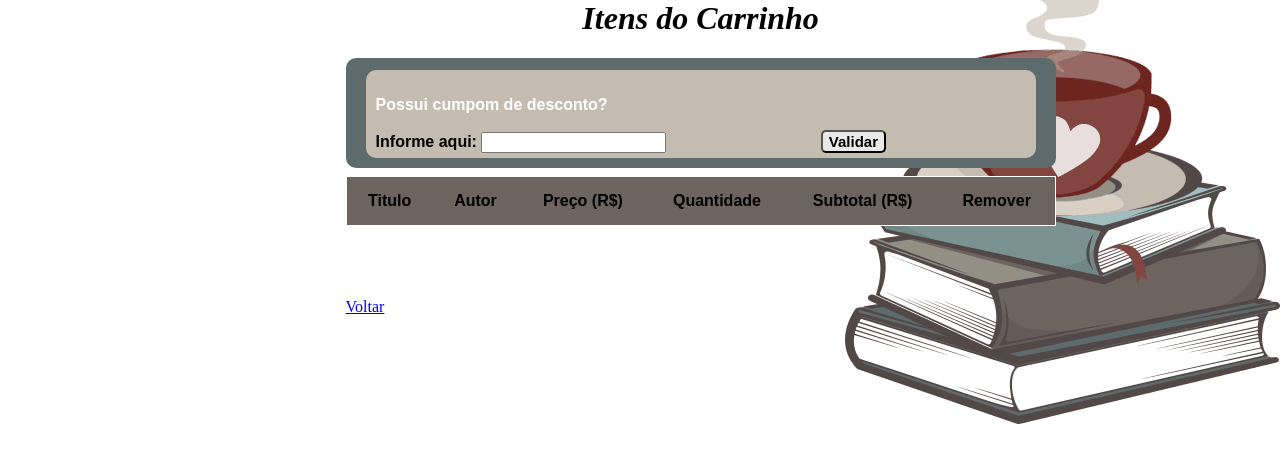
Repository: gabriellacrystina/ProjetoTegra
Page: http://localhost/book-store/meuCarrinho.jsp
These files come from the project's save history. The page is drawn as it stood at one moment and after the next save; the edit follows.
The browser window is 1280 px wide. The pictures show the whole page.
The page is served by Tomcat 9. Nobody is signed in. The application's start-up code is not run. Other server files are loaded and not shown. The template is opened directly, without the code that normally fills it, so the values that code supplies are empty.

Above is the page before, as saved 2016-07-07 19:29:46.

### book-store/WebContent/meuCarrinho.jsp
<%@ page language="java" contentType="text/html; charset=ISO-8859-1"
    pageEncoding="ISO-8859-1"%>
<%@ page import="model.Item" %>
<%@ page import="java.util.ArrayList" %>
<%@ taglib uri="http://java.sun.com/jsp/jstl/core" prefix="c" %>

<!DOCTYPE html PUBLIC "-//W3C//DTD HTML 4.01 Transitional//EN" "http://www.w3.org/TR/html4/loose.dtd">
<html>
	<head>
		<meta http-equiv="Content-Type" content="text/html; charset=ISO-8859-1">
		<link rel="stylesheet" type="text/css" href="book-store-style.css">
		<title>Carrinho</title>
	</head>
	<body>
			<h1>Itens do Carrinho</h1>
			<div class="my-cart">
				<div class="carrinho">
					<div class="cupom">
						<p>Possui cumpom de desconto?</p>
						Informe aqui: <input type="text" maxlength="15">
						<button class="btn" type="submit">Validar</button>
					</div>
				</div>
			</div>
			<table id="tbl-books">
			  <tr>
			    <th>Titulo</th>
			    <th>Autor</th>
			    <th>Preço (R$)</th>
			    <th>Quantidade</th>
			    <th>Subtotal (R$)</th>
			    <th>Remover</th>
			  </tr>
		  		<c:forEach var="item" items="${listaItens}">
		  			<tr class="livros">
						<td class="nome-livro">${item.getProduto().getTitulo()}</td>
						<td class="nome-autor">${item.getProduto().getAutor()}</td>
						<td class="preco">${item.getProduto().getPreco()}</td>
						<td class="quantidade">${item.getQuantidade()}</td>
						<td class="subtotal">${item.getSubtotal()}</td>
						<td>
							<form action="MeuCarrinho" method="post">
								<input type="hidden" name="id-livro" value="${item.getProduto().getId()}"/>
								<button class="btn btn-comprar" type="submit">Remover</button>
							</form>
						</td>
					</tr>
		  		</c:forEach>
			</table>
			<br><br><br>

			<br><a href="index.jsp">Voltar</a>
	</body>
</html>

### book-store/WebContent/book-store-style.css
@CHARSET "ISO-8859-1";

body {
	background-image: url("img/back.png");
	background-repeat: no-repeat;
	background-position: right top;
	background-attachment: initial;
    width: 710px;
    margin-top: 0px;
    margin-left: 27%;
	margin-right: auto;
}

h1 {
	font-style: oblique;
	text-align: center;
    color: #000000;
    margin-top: 0px;
    font-family: cursive;
}

h2{
	text-align: center;
	font-family: cursive;
    font-size: -webkit-xxx-large;
    color: #5D6B6C;
}

h5{
	color: #000000;
	font-size: x-large;
}

h4{
	color: #1b1919;
	text-align: center;
    font-size: x-large;
    font-family: cursive;

}

#tbl-books {
	width: 100%;
	font-family: "Arial", "Helvetica", sans-serif;
	border: 1px solid #ffffff;
    border-collapse: collapse;
}

#tbl-books tr:nth-child(even){
	background-color: #FFFFFF
}

#tbl-books tr:nth-child(odd){
	background-color: #6D6460;
}

th, td {
    padding: 15px;
    text-align: center;
}


.nome-livro{
	text-align: left;
}

.my-cart{
	width: 100%;
	height: 110px;
	border-radius: 10px;
    padding: 12px 20px;
    margin: 8px 0;
    box-sizing: border-box;
	background-color: #5D6B6C;
	margin-left: auto;
	margin-right: auto;
}
.cart{
	float: right;
	background-color: #c4bcb0;
	border-radius: 10px;
	padding-left: 10px;
	padding-bottom: 5px;
	margin-left: auto;
	margin-right: auto;
}

.carrinho{
	background-color: #c4bcb0;
	height: 90%;
	text-align: left;
	border-radius: 10px;
	padding-top: 10px;
	padding-left: 10px;
	padding-right: 10px;
	font: small-caption;
    font-weight: 700;
}

#lbl-meu-carrinho{
	font-size: 20px;
	font-weight: bold;
}

.btn {
	font-family: "Arial", "Helvetica", sans-serif;
	border-radius: 5px;
	font-size: 15px;
	font-weight: bold;
	margin-left: 150px;
	margin-right: 5px;
	background-color: #e9e9e9;
}

.btn-comprar{
	margin-left: 10%;
}

.btn-validarCumpom{
	margin-left: 60%;
}

.btn-concluirCompra{
	float: right;
	margin-top: -10px;
	margin-left: 70%;
}
.it-carrinho{
	margin-right: 150px;
}

.img-desconto{
	background-image: url("img/desconto.jpg");
	width: 10%;
	top:5px;
	left:20px;
	position:absolute;
}

#img-descricao{
	color: #ffffff;
	font-size: 10px;
}

h3, p{
	color: #ffffff;
	font-family: "Arial", "Helvetica", serif;
}

.desconto{
	margin-top: 0px;
	background-color: #6D2520;
	width: 22%;
	height: 100%;
	left:35px;
	text-align: left;
	padding-top: 5%;
	padding-left: 15px;
	position:absolute;
}

#img-desconto{
	padding-top: 20%;
	width: 100%;

}
.titulo-livro{
	font-size: larger;
}

After the next save:
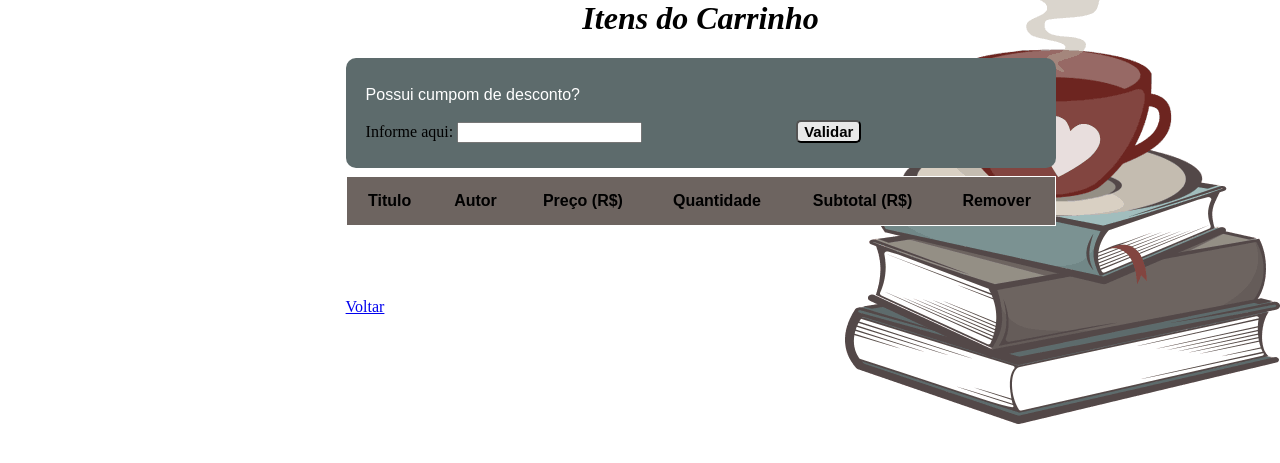
Saved 59 s later.
--- a/book-store/WebContent/meuCarrinho.jsp
+++ b/book-store/WebContent/meuCarrinho.jsp
@@ -14,12 +14,10 @@
 	<body>
 			<h1>Itens do Carrinho</h1>
 			<div class="my-cart">
-				<div class="carrinho">
-					<div class="cupom">
-						<p>Possui cumpom de desconto?</p>
-						Informe aqui: <input type="text" maxlength="15">
-						<button class="btn" type="submit">Validar</button>
-					</div>
+				<div class="cupom">
+					<p>Possui cumpom de desconto?</p>
+					Informe aqui: <input type="text" maxlength="15">
+					<button class="btn" type="submit">Validar</button>
 				</div>
 			</div>
 			<table id="tbl-books">

After the save that followed:
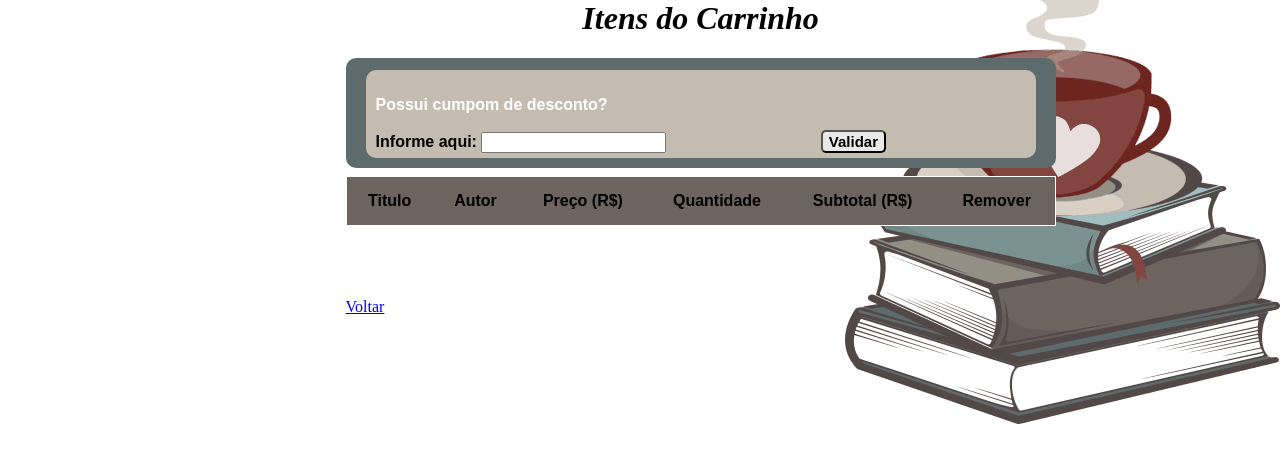
Saved 3 min 16 s later.
--- a/book-store/WebContent/meuCarrinho.jsp
+++ b/book-store/WebContent/meuCarrinho.jsp
@@ -14,10 +14,12 @@
 	<body>
 			<h1>Itens do Carrinho</h1>
 			<div class="my-cart">
-				<div class="cupom">
-					<p>Possui cumpom de desconto?</p>
-					Informe aqui: <input type="text" maxlength="15">
-					<button class="btn" type="submit">Validar</button>
+				<div class="carrinho">
+					<div class="cupom">
+						<p>Possui cumpom de desconto?</p>
+						Informe aqui: <input type="text" maxlength="15">
+						<button class="btn" type="submit">Validar</button>
+					</div>
 				</div>
 			</div>
 			<table id="tbl-books">
